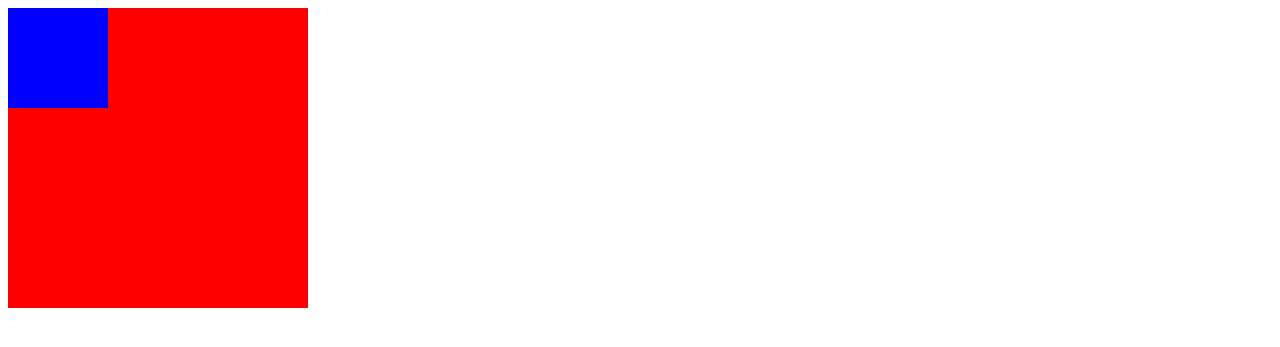
Repository: yymmyymm/review-sub1
Page: box/box.html
The author's editor kept a record of every edit. The page is drawn from the files as they stood at one moment, then again after the next edit.
The browser window is 1280 px wide. The pictures show the whole page.

Above is the page before.

After the next edit:
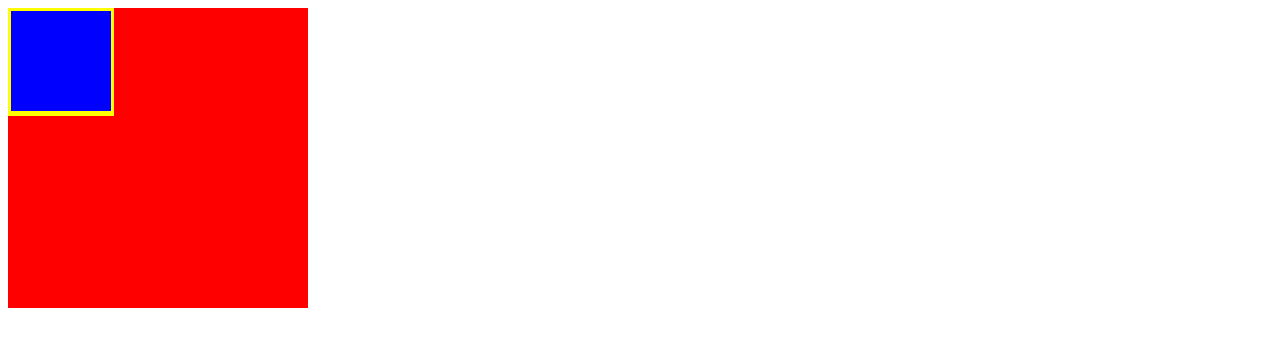
The edit:
--- a/box/box.css
+++ b/box/box.css
@@ -7,4 +7,6 @@
   width: 100px;
   height: 100px;
   background-color: blue;
+  border: solid yellow;
+  border-bottom-width: 5px;
 }
